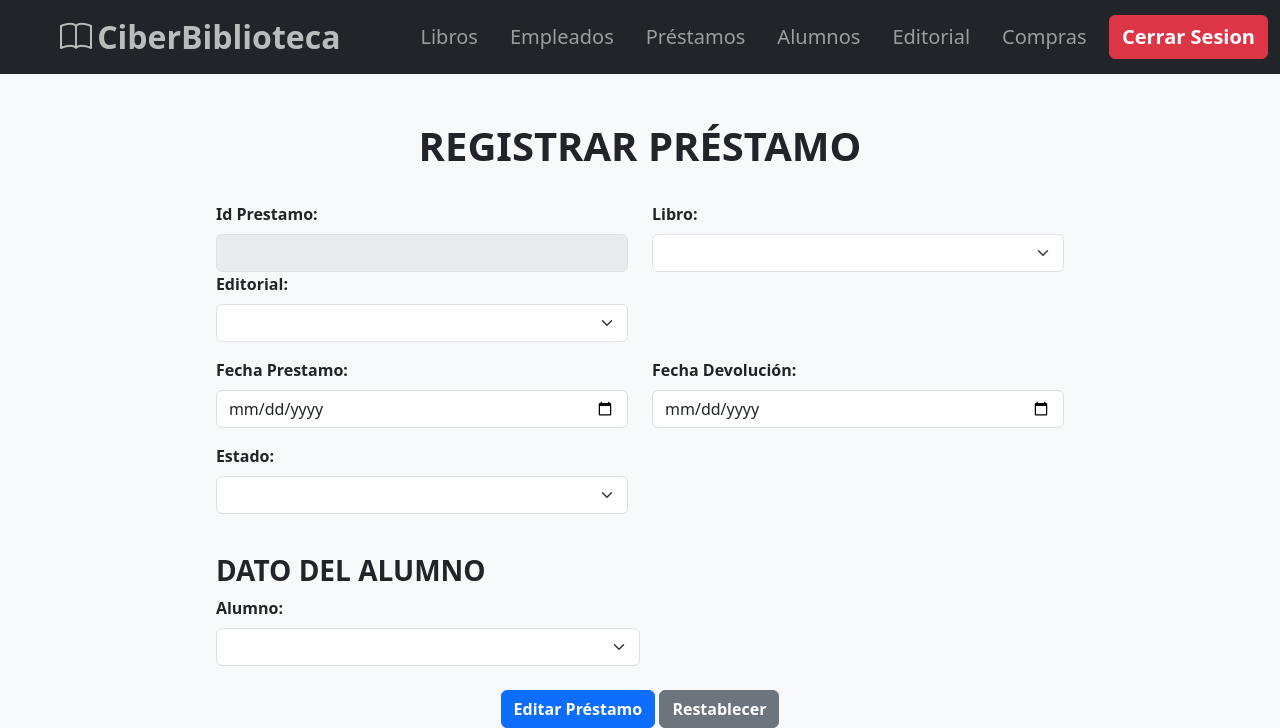
Repository: WilmerOcampo/Biblioteca_Project
Page: http://localhost/Biblioteca_Project/editarPrestamo.jsp
An editor plug-in stored every save of this project. The page is shown before and after the next save, followed by the edit.
The browser window is 1280 px wide. The pictures show the whole page.
The page is served by Tomcat 10. Other server files are loaded and not shown. Queries for data that is not in the repository find no rows.

Above is the page before, as saved 2023-06-28 17:54:22.

### Biblioteca_Project/src/main/webapp/editarPrestamo.jsp
<%@page import="java.sql.ResultSet"%>
<%@page import="java.sql.Statement"%>
<%@page import="util.MySQLConexion"%>
<%@page import="java.sql.Connection"%>
<%@page import="entities.Libro"%>
<%@page import="entities.Editorial"%>
<%@page import="java.util.List"%>
<%@ page language="java" contentType="text/html; charset=UTF-8"
    pageEncoding="ISO-8859-1"%>
<!DOCTYPE html>
<html>
<head>
<meta charset="UTF-8">
<title>Editar Prestamo</title>
	<%@include file="snippet/bootstrap_ini.jsp" %>
</head>
<body>

	<%@ include file="snippet/nav_bar.jsp"%>

    <div class="container">
        <br>
        <h1 class="text-center" style="text-transform: uppercase;"><strong>Registrar Préstamo</strong></h1><br>
        <form method="get" action="PrestamoServlet" style="margin: 0 12%">
        	<input type="hidden" name="action" value="actualizar">
			<input type="hidden" name="id" value="${ prestamo.idPrestamo }">
            <div class="row mb-3">
				<div class="col-md-6">
					<label for="id" class="form-label"><b>Id Prestamo:</b></label>
						<input type="text" class="form-control" id="id" name="id" disabled value="${ prestamo.idPrestamo }">
				</div>
                <div class="col-md-6">
                    <label for="idLibro" class="form-label"><b>Libro:</b></label>
				    <select class="form-select" id="idLibro" name="idLibro">
				        <option value="${prestamo.idLibro }" > ${ prestamo.titulo }</option>
				        <% try {
				            Connection connection = MySQLConexion.getConexion();
				            String sql = "SELECT * FROM libro";
				            Statement statement = connection.createStatement();
				            ResultSet resultSet = statement.executeQuery(sql);
				            while (resultSet.next()) { %>
				                <option value="<%= resultSet.getString("idLibro") %>"><%= resultSet.getString("titulo") %></option>
				            <% }
				        } catch (Exception e) {
				            e.printStackTrace();
				        } %>
				    </select>
                </div>

                <div class="col-md-6">
                    <label for="idEditorial" class="form-label"><b>Editorial:</b></label>
				    <select class="form-select" id="idEditorial" name="idEditorial">
				        <option value="${libro.idEditorial }" > ${ libro.editorial }</option>
				        <% try {
				            Connection connection = MySQLConexion.getConexion();
				            String sql = "SELECT * FROM editorial";
				            Statement statement = connection.createStatement();
				            ResultSet resultSet = statement.executeQuery(sql);
				            while (resultSet.next()) { %>
				                <option value="<%= resultSet.getString("idEditorial") %>"><%= resultSet.getString("nombre") %></option>
				            <% }
				        } catch (Exception e) {
				            e.printStackTrace();
				        } %>
				    </select>
                </div>

            </div>
            <div class="row mb-3">
            	<div class="col-md-6">
                    <label for="fecpre" class="form-label"><b>Fecha Prestamo:</b></label>
                    <input type="date" class="form-control" id="fecpre" name="fecpre" value="${ prestamo.fecPrestamo }">
                </div>
                <div class="col-md-6">
                    <label for="fecdev" class="form-label"><b>Fecha Devolución:</b></label>
                    <input type="date" class="form-control" id="fecdev" name="fecdev" value="${ prestamo.fecDevolucion }">
                </div>
            </div>
            <div class="row mb-3">
                <div class="col-md-6">
                    <label for="estado" class="form-label"><b>Estado:</b></label>
                    <select class="form-select" id="estado" name="estado">
                    <option value="${ prestamo.estado }" selected > ${ prestamo.estado }</option>
                        <option value="Prestado" id="Prestado" name="Prestado" >Prestado</option>
                        <option value="Devuelto" id="Devuelto" name="Devuelto">Devuelto</option>
                    </select>
                </div>
            </div>
            <br><h3 style="font-weight: 700; text-transform: uppercase;">Dato del Alumno</h3>
                <div class="col-md-6">
                    <label for="idAlumno" class="form-label"><b>Alumno:</b></label>
				    <select class="form-select" id="idAlumno" name="idAlumno">
				        <option value="${prestamo.idAlumno }" selected="selected"> ${ prestamo.alumno }</option>
				        <% try {
				            Connection connection = MySQLConexion.getConexion();
				            String sql = "SELECT * FROM alumno";
				            Statement statement = connection.createStatement();
				            ResultSet resultSet = statement.executeQuery(sql);
				            while (resultSet.next()) { %>
				                <option value="<%= resultSet.getString("idAlumno") %>"><%= resultSet.getString("nombre") %></option>
				            <% }
				        } catch (Exception e) {
				            e.printStackTrace();
				        } %>
				    </select>
                </div>
			<div class="row">
				<div class="col-md-12 text-center">
					<br>
					<input type="submit" name="enviar" id="enviar" value="Editar Préstamo" class="btn btn-primary" style="font-weight: 600" onclick="return confirmarEdicion()">
					<input type="reset" name="borrar" id="borrar" value="Restablecer" class="btn btn-secondary" style="font-weight: 600">
				</div>
			</div>
        </form>
    </div>

</body>
<%@include file="snippet/bootstrap_fin.jsp" %>
<script>
	function confirmarEdicion() {
		return confirm("¿Estás seguro de que deseas guardar los cambios?");
	}
</script>
</html>

### Biblioteca_Project/src/main/webapp/snippet/bootstrap_ini.jsp
<%@ page language="java" contentType="text/html; charset=UTF-8"
    pageEncoding="ISO-8859-1"%>
<!DOCTYPE html>
<html>
<head>
<meta charset="UTF-8">
<title>Bootstrap Ini</title>
</head>
<body>
    <link href="https://cdn.jsdelivr.net/npm/bootstrap@5.3.0-alpha3/dist/css/bootstrap.min.css" rel="stylesheet"
          integrity="sha384-KK94CHFLLe+nY2dmCWGMq91rCGa5gtU4mk92HdvYe+M/SXH301p5ILy+dN9+nJOZ" crossorigin="anonymous">
    <link rel="stylesheet" href="https://cdn.jsdelivr.net/npm/bootstrap-icons@1.8.1/font/bootstrap-icons.css">
</body>
</html>

### Biblioteca_Project/src/main/webapp/snippet/nav_bar.jsp
<%@ page language="java" contentType="text/html; charset=UTF-8"
    pageEncoding="ISO-8859-1"%>
<!DOCTYPE html>
<html>
<head>
<meta charset="UTF-8">
    <title>Nav Bar</title>
    <link href="https://cdn.jsdelivr.net/npm/bootstrap@5.3.0-alpha3/dist/css/bootstrap.min.css" rel="stylesheet"
          integrity="sha384-KK94CHFLLe+nY2dmCWGMq91rCGa5gtU4mk92HdvYe+M/SXH301p5ILy+dN9+nJOZ" crossorigin="anonymous">
    <link rel="stylesheet" href="https://cdn.jsdelivr.net/npm/bootstrap-icons@1.8.1/font/bootstrap-icons.css">
</head>
<body class="bg-light">

	<!-- Inicio del menu -->
	<nav class="navbar navbar-expand-md navbar-dark bg-dark">
		<div class="container-fluid">

			<!-- icono o nombre -->
			<a class="navbar-brand" href="#"
				style="padding-left: 3rem; padding-right: 3rem;"> <i
				class="bi bi-book" style="font-size: 2rem; color: #bbb"></i> <span
				style="font-size: 2rem; color: #bbb"><b>CiberBiblioteca</b></span>
			</a>

			<!-- boton del menu -->
			<button class="navbar-toggler" type="button"
				data-bs-toggle="collapse" data-bs-target="#menu"
				aria-controls="navbarSupportedContent" aria-expanded="false"
				aria-label="Toggle navigation">
				<span class="navbar-toggler-icon"></span>
			</button>

			<!-- elementos del menu colapsable -->
			<div class="collapse navbar-collapse" id="menu">
				<ul class="navbar-nav me-auto" style="font-size: 20px">
					<li class="nav-item" style="margin: 0 0.5rem"><a class="nav-link" href="LibroServlet?listaLibros&action=listar">Libros</a></li>
					<li class="nav-item" style="margin: 0 0.5rem"><a class="nav-link" href="EmpleadoServlet?listaEmpleados&action=listar">Empleados</a></li>
					<li class="nav-item" style="margin: 0 0.5rem"><a class="nav-link" href="PrestamoServlet?listaPrestamos&action=listar">Préstamos</a></li>
					<li class="nav-item" style="margin: 0 0.5rem"><a class="nav-link" href="AlumnoServlet?listaAlumnos&action=listar">Alumnos</a></li>
					<li class="nav-item" style="margin: 0 0.5rem"><a class="nav-link" href="EditorialServlet?listaEditoriales&action=listar">Editorial</a></li>
					<li class="nav-item" style="margin: 0 0.5rem"><a class="nav-link" href="CompraLibroServlet?listaCompras&action=listar">Compras</a></li>
				</ul>

				<hr class="d-md-none text-white-50">

				<!--boton Informacion -->
				<form class="d-flex" action="logout.jsp">
					<button class="btn btn-danger d-none d-md-inline-block "
						type="submit" style="font-size: 20px; font-weight: 600">
						<a href="" style="text-decoration: none; color: #fff">Cerrar Sesion</a>
					</button>
				</form>
			</div>
		</div>
	</nav>
	<br>

</body>
<script src="https://cdn.jsdelivr.net/npm/bootstrap@5.3.0-alpha3/dist/js/bootstrap.bundle.min.js"
        integrity="sha384-ENjdO4Dr2bkBIFxQpeoTz1HIcje39Wm4jDKdf19U8gI4ddQ3GYNS7NTKfAdVQSZe"
        crossorigin="anonymous"></script>
</html>

### Biblioteca_Project/src/main/webapp/snippet/bootstrap_fin.jsp
<%@ page language="java" contentType="text/html; charset=UTF-8"
    pageEncoding="ISO-8859-1"%>
<!DOCTYPE html>
<html>
<head>
<meta charset="UTF-8">
<title>Bootstrap Fin</title>
</head>
<body>
<script src="https://cdn.jsdelivr.net/npm/bootstrap@5.3.0-alpha3/dist/js/bootstrap.bundle.min.js"
        integrity="sha384-ENjdO4Dr2bkBIFxQpeoTz1HIcje39Wm4jDKdf19U8gI4ddQ3GYNS7NTKfAdVQSZe"
        crossorigin="anonymous"></script>
</body>
</html>

### Biblioteca_Project/src/main/java/util/MySQLConexion.java
package util;

import java.sql.Connection;
import java.sql.DriverManager;
import java.sql.SQLException;

public class MySQLConexion {

	public static Connection getConexion() {
		Connection con = null;
		try {
			Class.forName("com.mysql.cj.jdbc.Driver");
			String url = "jdbc:mysql://localhost/Biblioteca_Project?useTimezone=true&serverTimezone=UTC";
			String usr = "root";
			String psw = "admin";
			con = DriverManager.getConnection(url, usr, psw);
			System.out.println("Conexión establecida correctamente");
		} catch (ClassNotFoundException ex) {
			System.out.println("No se encontró el controlador JDBC");
		} catch (SQLException ex) {
			System.out.println("Error al conectar con la base de datos");
		}
		return con;
	}

	public static void closeConexion(Connection con) {
		try {
			if (con != null) {
				con.close();
				System.out.println("Conexión cerrada correctamente");
			}
		} catch (SQLException e) {
			System.out.println("Problemas al cerrar la conexión");
		}
	}
}

After the next save:
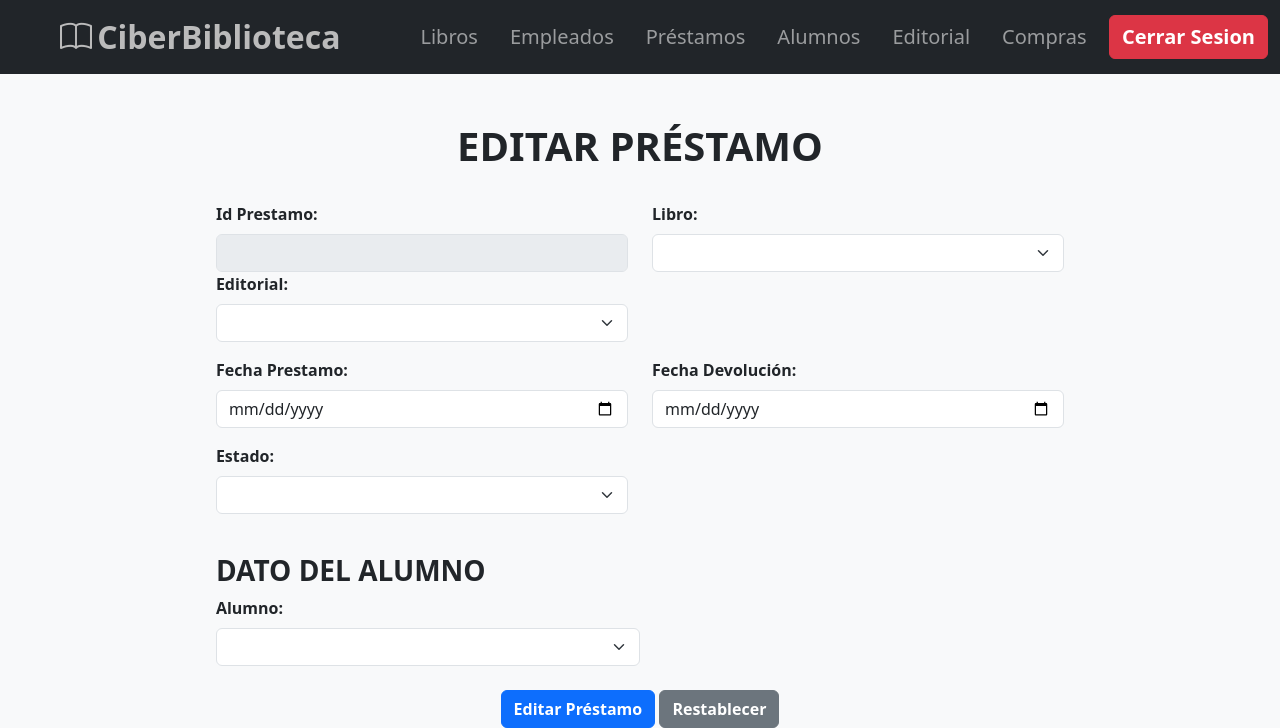
Saved 2 min 15 s later.
--- a/Biblioteca_Project/src/main/webapp/editarPrestamo.jsp
+++ b/Biblioteca_Project/src/main/webapp/editarPrestamo.jsp
@@ -20,7 +20,7 @@
 
     <div class="container">
         <br>
-        <h1 class="text-center" style="text-transform: uppercase;"><strong>Registrar Préstamo</strong></h1><br>
+        <h1 class="text-center" style="text-transform: uppercase;"><strong>Editar Préstamo</strong></h1><br>
         <form method="get" action="PrestamoServlet" style="margin: 0 12%">
         	<input type="hidden" name="action" value="actualizar">
 			<input type="hidden" name="id" value="${ prestamo.idPrestamo }">
@@ -50,7 +50,7 @@
                 <div class="col-md-6">
                     <label for="idEditorial" class="form-label"><b>Editorial:</b></label>
 				    <select class="form-select" id="idEditorial" name="idEditorial">
-				        <option value="${libro.idEditorial }" > ${ libro.editorial }</option>
+				        <option value="${prestamo.idEditorial }" > ${ prestamo.editorial }</option>
 				        <% try {
 				            Connection connection = MySQLConexion.getConexion();
 				            String sql = "SELECT * FROM editorial";
